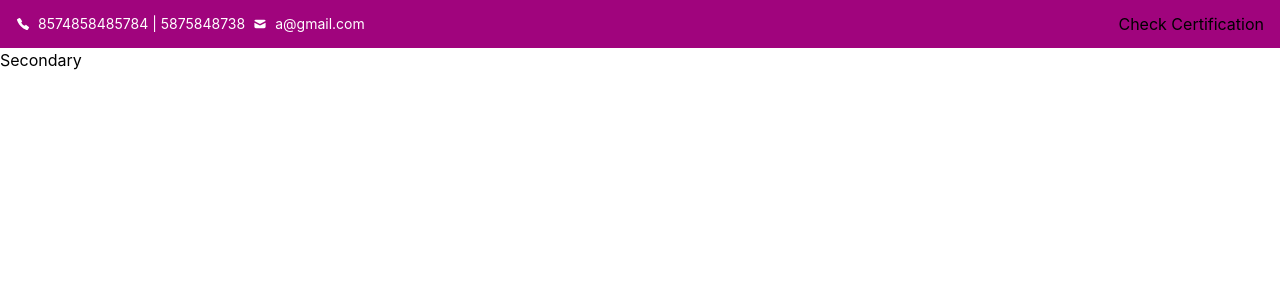
Repository: Sushant203/react-training-
Page: /
The author's editor kept a copy of each file at every save. The page is drawn from the files as they stood at one save, then again after the next save.
The browser window is 1280 px wide. The pictures show the whole page.
The project was rebuilt for these pictures with package versions that can differ from the ones it lists, and the page was loaded fresh each time. Also part of the build but not shown: src/App.css, src/components/LowerNav.jsx, src/components/UpperNav.jsx.

Above is the page before, as saved 2022-12-19 09:32:50.

After the next save:
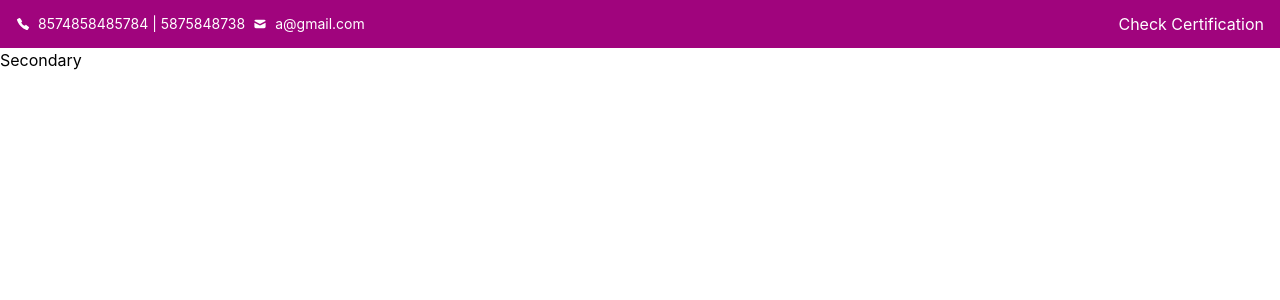
Saved 17 s later.
--- a/src/components/Naviagtion/Toolbar/header.jsx
+++ b/src/components/Naviagtion/Toolbar/header.jsx
@@ -16,7 +16,7 @@ function Header() {
         </div>
       </div>
       {/* navigation links */}
-      <div>
+      <div className="text-white">
         <div className="capitalize ">check certification</div>
       </div>
     </div>
